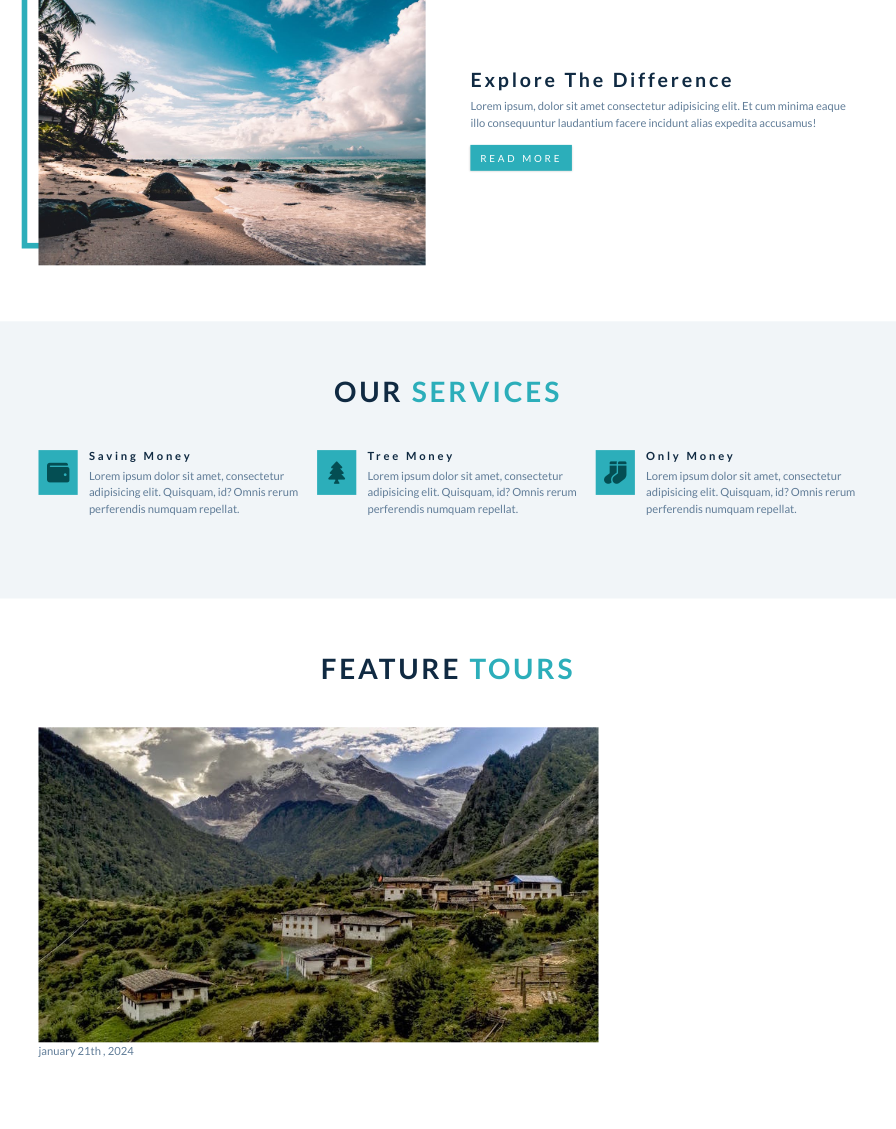
Repository: Ndifoinhilary/flexbox-project
Page: index.html
An editor plug-in stored every save of this project. The page is shown before and after the next save, followed by the edit.
The browser window is 1280 px wide. The pictures show the part of the page from y = 940 to 2860 px (the page is 2553 px tall before and 2860 px after), at 70% of full size.

Above is the page before, as saved 2024-01-21 15:49:49.

### index.html
<!DOCTYPE html>
<html lang="en">
  <head>
    <meta charset="UTF-8" />
    <meta name="viewport" content="width=device-width, initial-scale=1.0" />
    <meta http-equiv="X-UA-Compatible" content="ie=edge" />
    <title>Backroads || Tour Company</title>
    <!-- favicon -->
    <link rel="shortcut icon" href="./images/favicon.ico" type="image/x-icon" />
    <!-- font-awesome -->
    <link rel="stylesheet" href="fontawesome-free-5.9.0-web/css/all.min.css" />
    <!-- styles css -->
    <link rel="stylesheet" href="./css/main.css" />
  </head>
  <body>
    <header id="home">
      <!-- nav bar -->
      <!-- end of nav bar -->
  <!-- hero section  -->
  <div class="hero">
    <div class="hero-banner">
      <h1>continue exploring</h1>
      <p>Lorem ipsum dolor sit, amet consectetur adipisicing elit. Officiis, quam!</p>
      <a href="#featured" class="btn hero-btn scroll-link ">explore tours</a>
    </div>
  </div>
   <!-- end of hero section  -->
    </header>
    <!-- end of header -->
   <!-- section -->
    <section class="section" id="about">
      <!-- section title -->
      <div class="section-title">
        <h2>about <span>us</span></h2>
      </div>
            <!-- section title -->
        <div class="section-center about-center">
          <!-- about image wrapper -->
          <article class="about-img">
            <img src="./images/about.jpeg"  class="about-photo" alt="awesome">
          </article>
          <!-- about infor -->
          <artilce class="about-info">
            <h3>explore the difference</h3>
            <p>Lorem ipsum, dolor sit amet consectetur adipisicing elit. Et cum minima eaque illo consequuntur laudantium facere incidunt alias expedita accusamus!</p>
            <a href="#" class="btn">read more</a>
          </artilce>
        </div>
    </section>
    <!-- end of about  section -->


    <!-- service section start -->

    <section class="section services" id="servics">
      <div class="section-title">
        <h2>our <span>services</span></h2>
      </div>
      <div class="section-center services-center">
        <!-- single service -->
        <article class="service">
          <span class="service-icon">
            <i class="fas fa-wallet fa-fw"></i>
          </span>
          <div class="service-info">
            <h4 class="service-title" >saving money</h4>
            <p class="service-text"> Lorem ipsum dolor sit
              amet, consectetur adipisicing elit. Quisquam, id?
               Omnis rerum perferendis numquam repellat.</p>
          </div>
        </article>
        <article class="service">
          <span class="service-icon">
            <i class="fas fa-tree fa-fw"></i>
          </span>
          <div class="service-info">
            <h4 class="service-title" >tree money</h4>
            <p class="service-text"> Lorem ipsum dolor sit
              amet, consectetur adipisicing elit. Quisquam, id?
               Omnis rerum perferendis numquam repellat.</p>
          </div>
        </article>
         <article class="service">
          <span class="service-icon">
            <i class="fas fa-socks fa-fw"></i>
          </span>
          <div class="service-info">
            <h4 class="service-title" >only  money</h4>
            <p class="service-text"> Lorem ipsum dolor sit
              amet, consectetur adipisicing elit. Quisquam, id?
               Omnis rerum perferendis numquam repellat.</p>
          </div>
        </article>
      </div>
      </section>

<!-- feartueres tours -->

<section class="section" id="featured">
  <div class="section-title">
    <h2>feature <span>tours</span></h2>
  </div>
  <!-- featured center -->
 <div class="section-center featured-center">
  <article class="tour-card">
    <div class="tour-img-container">
      <img src="./images/tour-1.jpeg"    alt="tour around" class="tour-mg">
      <p class="tour-date">january 21th , 2024</p>
    </div>
  </article>
 </div>
</section>

<!-- end   feartueres tours -->



    <!-- end of service section start -->
  </body>
</html>

### css/main.css
/*
===============
Fonts
===============
*/
@import url("https://fonts.googleapis.com/css?family=Lato:400,700&display=swap");

/*
===============
Variables
===============
*/

:root {
  /* dark shades of primary color*/
  --clr-primary-1: hsl(184, 91%, 17%);
  --clr-primary-2: hsl(185, 84%, 25%);
  --clr-primary-3: hsl(185, 81%, 29%);
  --clr-primary-4: hsl(184, 77%, 34%);
  /* primary/main color */
  --clr-primary-5: hsl(185, 62%, 45%);
  /* lighter shades of primary color */
  --clr-primary-6: hsl(185, 57%, 50%);
  --clr-primary-7: hsl(184, 65%, 59%);
  --clr-primary-8: hsl(184, 80%, 74%);
  --clr-primary-9: hsl(185, 94%, 87%);
  --clr-primary-10: hsl(186, 100%, 94%);
  /* darkest grey - used for headings */
  --clr-grey-1: hsl(209, 61%, 16%);
  --clr-grey-2: hsl(211, 39%, 23%);
  --clr-grey-3: hsl(209, 34%, 30%);
  --clr-grey-4: hsl(209, 28%, 39%);
  /* grey used for paragraphs */
  --clr-grey-5: hsl(210, 22%, 49%);
  --clr-grey-6: hsl(209, 23%, 60%);
  --clr-grey-7: hsl(211, 27%, 70%);
  --clr-grey-8: hsl(210, 31%, 80%);
  --clr-grey-9: hsl(212, 33%, 89%);
  --clr-grey-10: hsl(210, 36%, 96%);
  --clr-white: #fff;
  --ff-primary: "Lato", sans-serif;
  --transition: all 0.3s linear;
  --spacing: 0.25rem;
  --radius: 0.5rem;
  --light-shadow: 0 5px 15px rgba(0, 0, 0, 0.1);
  --dark-shadow: 0 5px 15px rgba(0, 0, 0, 0.2);
}
/*
===============
Global Styles
===============
*/

* {
  margin: 0;
  padding: 0;
  box-sizing: border-box;
}
body {
  font-family: var(--ff-primary);
  background: var(--clr-white);
  color: var(--clr-grey-1);
  line-height: 1.5;
  font-size: 0.875rem;
}
a {
  text-decoration: none;
}
/* img:not(.nav-logo) {
  width: 100%;
  display: block;
} */
img {
  width: 100%;
  display: block;
}
h1,
h2,
h3,
h4 {
  letter-spacing: var(--spacing);
  text-transform: capitalize;
  line-height: 1.25;
  margin-bottom: 0.75rem;
}
h1 {
  font-size: 3rem;
}
h2 {
  font-size: 2rem;
}
h3 {
  font-size: 1.25rem;
}
h4 {
  font-size: 0.875rem;
}
p {
  margin-bottom: 1.25rem;
  color: var(--clr-grey-5);
}
@media screen and (min-width: 800px) {
  h1 {
    font-size: 4rem;
  }
  h2 {
    font-size: 2.5rem;
  }
  h3 {
    font-size: 1.75rem;
  }
  h4 {
    font-size: 1rem;
  }
  body {
    font-size: 1rem;
  }
  h1,
  h2,
  h3,
  h4 {
    line-height: 1;
  }
}
/*  global classes */

.btn {
  text-transform: uppercase;
  background: var(--clr-primary-5);
  color: var(--clr-white);
  padding: 0.375rem 0.75rem;
  letter-spacing: var(--spacing);
  display: inline-block;
  /* font-weight: 700; */
  transition: var(--transition);
  font-size: 0.875rem;
  border: 2px solid transparent;
  cursor: pointer;
  box-shadow: 0 1px 3px rgba(0, 0, 0, 0.2);
}
.btn:hover {
  color: var(--clr-primary-1);
  background: var(--clr-primary-8);
}
.section {
  padding: 5rem 0;
}
.section-title {
  text-align: center;
  margin-bottom: 4rem;
}
.section-title h2 {
  text-transform: uppercase;
}
.section-title span {
  color: var(--clr-primary-5);
}
.section-center {
  width: 90vw;
  margin: 0 auto;
  max-width: 1170px;
}
@media screen and (min-width: 992px) {
  .section-center {
    width: 95vw;
  }
}
/*
===============
Navbar
===============
*/

/*
===============
Hero
===============
*/
.hero {
  min-height: 100vh;
  background: var(--clr-primary-5);
  display: flex;
  justify-content: center;
  align-items: center;
}
.hero-banner {
  text-align: center;
  color: var(--clr-white);
  padding: 0 3rem;
}
.hero-banner h1 {
  text-transform: uppercase;
}
.hero-banner p {
  max-width: 35rem;
  margin-left: auto;
  margin-right: auto;
  color: var(--clr-white);
  letter-spacing: var(--spacing);
}
.hero-btn {
  padding: 0.9rem 1.6rem;
  font-size: 1.25rem;
  background: var(--clr-white);
  color: var(--clr-primary-5);
}
.hero-btn:hover {
  background: transparent;
  color: var(--clr-white);
  border-color: var(--clr-white);
}
@media screen and (min-width: 768px) {
  .hero {
    background: linear-gradient(rgb(44, 174, 186, 0.7), rgba(0, 0, 0, 0.7)),
      url("../images/main.jpeg") center/cover no-repeat;
  }
  .hero-banner {
    padding: 0;
  }
  .hero-banner p {
    max-width: 45rem;
  }
}
/*
===============
About
===============
*/
/* section add to globals */
/* title add to globals */
/* section center add to globals */
.about-img,
.about-info {
  margin-bottom: 2rem;
}
@media screen and (min-width: 992px) {
  .about-center {
    display: flex;
    justify-content: space-between;
    flex-wrap: wrap;
  }
  .about-img,
  .about-info {
    flex: 0 0 calc(50% - 2rem);
    margin-bottom: 0;
    align-self: center;
  }
}

@media screen and (min-width: 1170px) {
  .about-img::before{
    content: "";
    position: absolute;
    border: 0.5rem solid var(--clr-primary-5);
    box-sizing: border-box;
    height: 100%;
    width: 100%;
    top: -1.5rem;
    left: -1.5rem;

  }
  .about-img{
    position: relative;
  }
  .about-photo{
    position: relative ;
  }
}
/*
===============
Services
===============
*/
.services{
  background: var(--clr-grey-10);
}
.service{
  text-align: center;
  margin-bottom: 3rem;
}
.service-icon{
  background: var(--clr-primary-5);
  color: var(--clr-primary-1);
  padding: 0.5rem;
  display: inline-block;
  font-size: 2rem;
  margin-bottom: 1.5rem;
}

.service-text{
  max-width: 20rem;
  margin-left: auto;
  margin-right: auto;
}



@media screen  and (min-width:576px) {
  .section-center{
    display: flex;
    justify-content: space-between;
    flex-wrap: wrap;
  }
  .service{
    flex: 0 0 calc(50% - 1rem);
    margin-bottom: 1rem;
  }
}
@media screen  and (min-width:992px) {
.service{
    flex: 0 0 calc(33.333% - 1rem);
  }
}
@media screen  and (min-width:1170px) {
.service{
  display: flex;
  text-align: left;
  }
  .service-icon{
    align-self: start;
  }
  .service-info{
    padding-left: 1rem;
  }
  .service-title{
    margin-bottom: 0.5rem;
  }
}
/*
===============
Featured Tours
===============
*/
/*
===============
Deals
===============
*/
/*
===============
Gallery
===============
*/

/*
===============
Footer
===============
*/

Loaded but not shown: fontawesome-free-5.9.0-web/css/all.min.css (library)

After the next save:
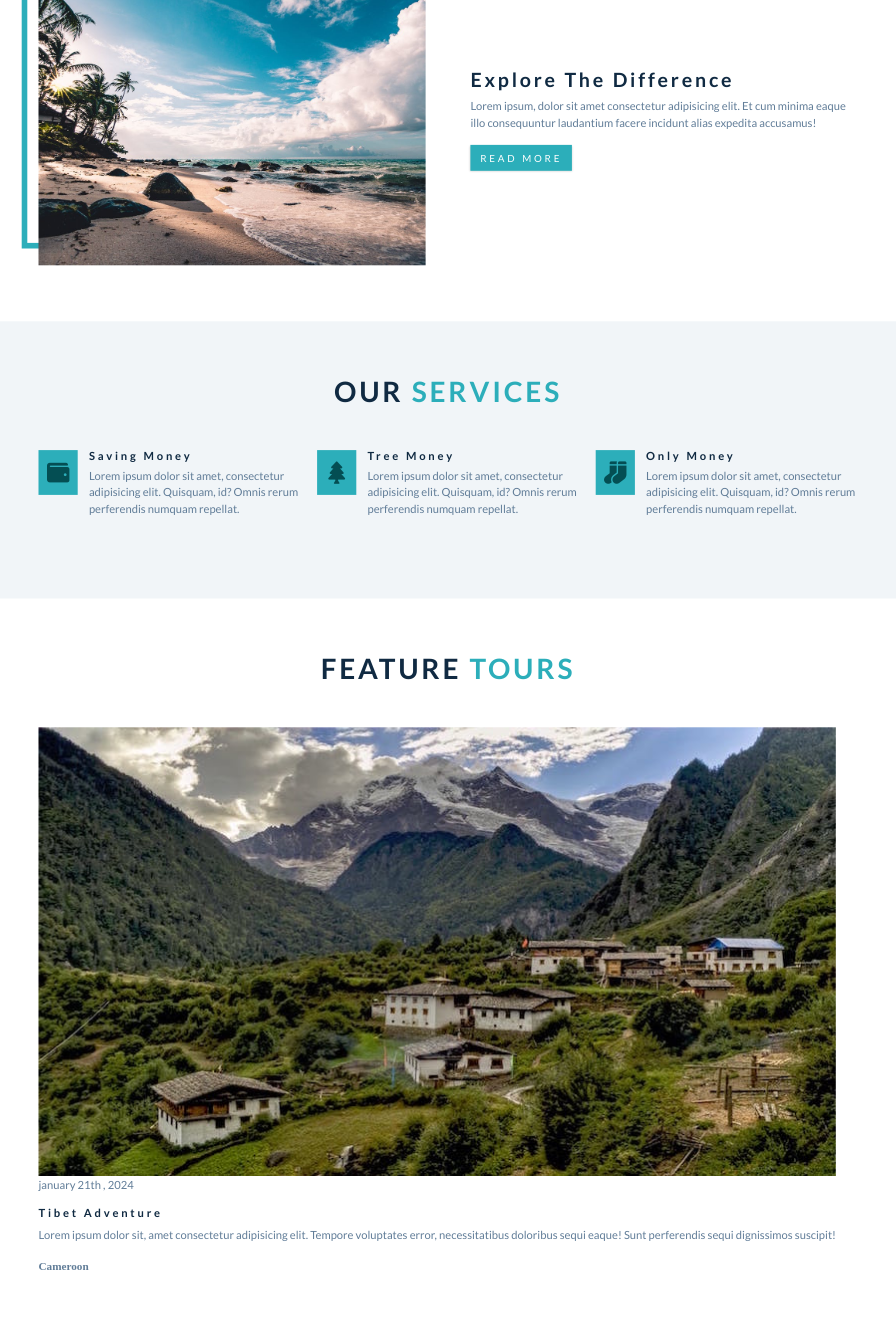
Saved 5 min 5 s later.
--- a/index.html
+++ b/index.html
@@ -107,6 +107,15 @@
       <img src="./images/tour-1.jpeg"    alt="tour around" class="tour-mg">
       <p class="tour-date">january 21th , 2024</p>
     </div>
+    <div class="tour-info">
+      <h4>tibet adventure</h4>
+      <p>Lorem ipsum dolor sit, amet consectetur adipisicing elit. Tempore voluptates error, necessitatibus doloribus sequi eaque! Sunt
+        perferendis sequi dignissimos suscipit!</p>
+
+        <div class="tour-footer">
+          <p><span><i class="fas da-map" >Cameroon</i></span></p>
+        </div>
+    </div>
   </article>
  </div>
 </section>
